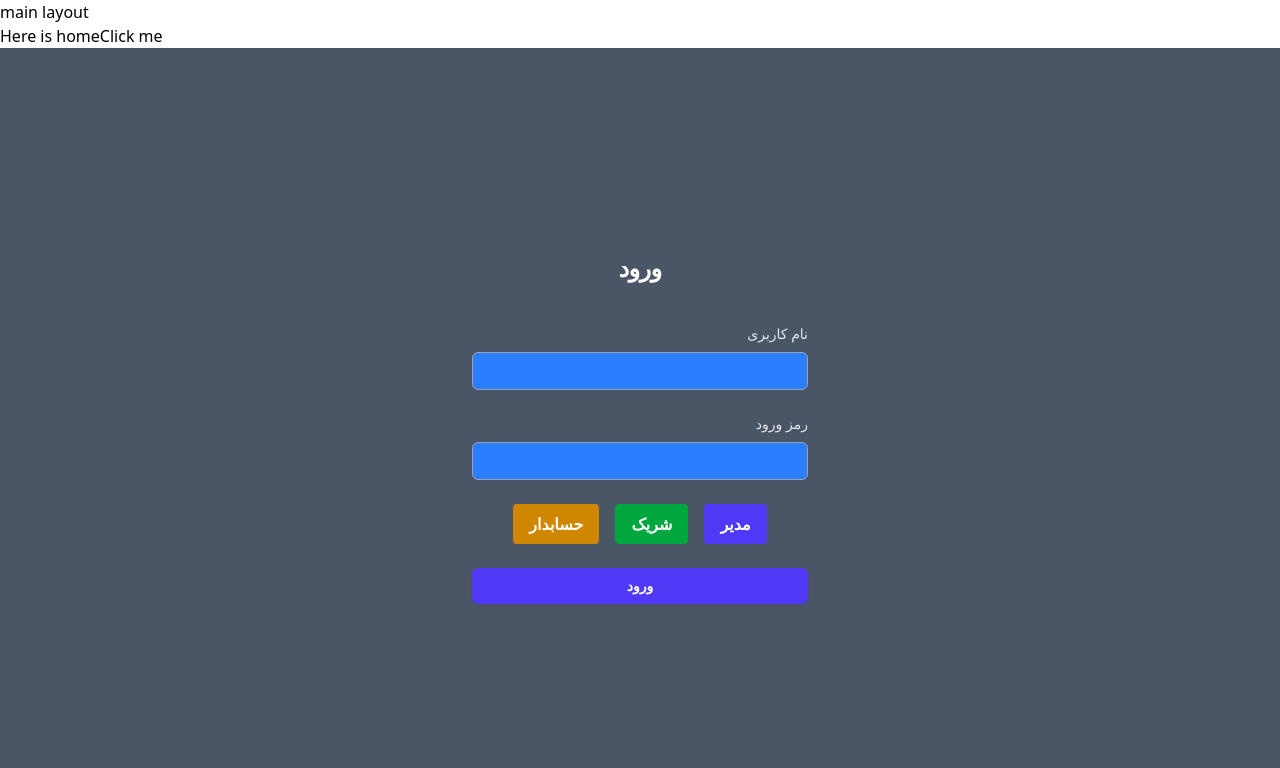
Repository: fuad303/karokhy-frontend
Page: /
The author's editor kept a copy of each file at every save. The page is drawn from the files as they stood at one save, then again after the next save.
The browser window is 1280 px wide. The pictures show the whole page.
The project was rebuilt for these pictures with package versions that can differ from the ones it lists, and the page was loaded fresh each time. Also part of the build but not shown: vite.config.ts, src/layouts/AuthLayout.tsx.

Above is the page before, as saved 2025-12-08 12:51:28.

### index.html
<!doctype html>
<html lang="en">
  <head>
    <meta charset="UTF-8" />
    <link rel="icon" type="image/svg+xml" href="/vite.svg" />
    <meta name="viewport" content="width=device-width, initial-scale=1.0" />
    <title>karokhyfront</title>
  </head>
  <body>
    <div id="root"></div>
    <script type="module" src="/src/main.tsx"></script>
  </body>
</html>

### src/main.tsx
import { StrictMode } from "react";
import { createRoot } from "react-dom/client";
import "./index.css";
import { RouterProvider } from "react-router-dom";
import { router } from "./router/router";
import { AppProvider } from "./context/Context";

createRoot(document.getElementById("root")!).render(
  <StrictMode>
    <AppProvider>
      <RouterProvider router={router} />
    </AppProvider>
  </StrictMode>
);

### src/router/router.tsx
import { createBrowserRouter } from "react-router-dom";
import MainLayout from "../layouts/MainLayout";
import Home from "../pages/Home";
import Login from "../pages/Login";
import AuthLayout from "../layouts/AuthLayout";
import { Loader } from "../loader/loader";

export const router = createBrowserRouter([
  {
    element: <MainLayout />,
    children: [
      { path: "/", element: <Home />, loader: Loader.dashboardLoader },
    ],
  },
  {
    element: <AuthLayout />,
    children: [{ path: "/login", element: <Login /> }],
  },
]);

### src/context/Context.tsx
/* eslint-disable react-refresh/only-export-components */

import { createContext, useContext, useState } from "react";

interface AppContextInterface {
  backendErrorPopup: boolean;
  setBackendErrorPopup: React.Dispatch<React.SetStateAction<boolean>>;
}

const AppContext = createContext<AppContextInterface | null>(null);

export const AppProvider = ({ children }: { children: React.ReactNode }) => {
  const [backendErrorPopup, setBackendErrorPopup] = useState(false);

  return (
    <AppContext.Provider value={{ backendErrorPopup, setBackendErrorPopup }}>
      {children}
    </AppContext.Provider>
  );
};

export const useApp = () => {
  const ctx = useContext(AppContext);
  if (!ctx) throw new Error("useApp must be used inside AppProvider");
  return ctx;
};

### src/layouts/MainLayout.tsx
import { Outlet } from "react-router-dom";

const MainLayout = () => {
  return (
    <div>
      main layout
      <main>
        <Outlet />
      </main>
    </div>
  );
};

export default MainLayout;

### src/pages/Home.tsx
import { useLoaderData } from "react-router-dom";
import { useApp } from "../context/Context";
import type { HomeInterface } from "../interfaces/home.interface";
import Login from "./Login";

const Home = () => {
  const { backendErrorPopup, setBackendErrorPopup } = useApp();
  const data = useLoaderData<HomeInterface>();

  return (
    <div>
      Here is home
      <button
        onClick={() => {
          setBackendErrorPopup((pre) => !pre);
        }}
      >
        Click me
      </button>
      {backendErrorPopup && <>{data.message}</>}
      <Login />
    </div>
  );
};

export default Home;

### src/pages/Login.tsx
import LoginPage from "../components/LoginPage";

const Login = () => {
  return (
    <>
      <LoginPage />
    </>
  );
};

export default Login;

### src/loader/loader.ts
export class Loader {
  static async dashboardLoader() {
    return {
      status: 200,
      message: "Hello from loader",
    };
  }
}

### src/components/LoginPage.tsx
import React from "react";

function LoginPage() {
  return (
    <div
      className="min-h-screen bg-gray-600 flex items-center justify-center"
      dir="rtl"
    >
      <div className="flex flex-col justify-center px-6 py-12 sm:w-full sm:max-w-sm">
        <h2 className="mt-10 text-center text-2xl font-bold tracking-tight text-white">
          ورود
        </h2>

        <form action="#" method="POST" className="mt-10 space-y-6">
          <div>
            <label
              htmlFor="username"
              className="block text-sm font-medium text-gray-200 text-right"
            >
              نام کاربری
            </label>
            <div className="mt-2">
              <input
                id="username"
                type="text"
                name="username"
                required
                autoComplete="username"
                className="block w-full rounded-md bg-blue-500 px-3 py-2 text-base text-white border border-gray-400 placeholder:text-gray-200 focus:border-indigo-500 focus:outline-none sm:text-sm"
              />
            </div>
          </div>

          <div>
            <label
              htmlFor="password"
              className="block text-sm font-medium text-gray-200 text-right"
            >
              رمز ورود
            </label>
            <div className="mt-2">
              <input
                id="password"
                type="password"
                name="password"
                required
                autoComplete="current-password"
                className="block w-full rounded-md bg-blue-500 px-3 py-2 text-base text-white border border-gray-400 placeholder:text-gray-200 focus:border-indigo-500 focus:outline-none sm:text-sm"
              />
            </div>
          </div>

          <div className="flex gap-4 mt-4 justify-center">
            <button
              type="button"
              className="px-4 py-2 bg-indigo-600 text-white font-semibold rounded hover:bg-indigo-500 focus:outline-none focus:ring-2 focus:ring-indigo-400"
            >
              مدیر
            </button>

            <button
              type="button"
              className="px-4 py-2 bg-green-600 text-white font-semibold rounded hover:bg-green-500 focus:outline-none focus:ring-2 focus:ring-green-400"
            >
              شریک
            </button>

            <button
              type="button"
              className="px-4 py-2 bg-yellow-600 text-white font-semibold rounded hover:bg-yellow-500 focus:outline-none focus:ring-2 focus:ring-yellow-400"
            >
              حسابدار
            </button>
          </div>

          <div>
            <button
              type="submit"
              className="flex w-full justify-center rounded-md bg-indigo-600 px-3 py-2 text-sm font-semibold text-white shadow-xs hover:bg-indigo-500 focus-visible:outline-2 focus-visible:outline-offset-2 focus-visible:outline-indigo-600"
            >
              ورود
            </button>
          </div>
        </form>
      </div>
    </div>
  );
}

export default LoginPage;

Loaded but not shown: src/index.css (common file)

After the next save:
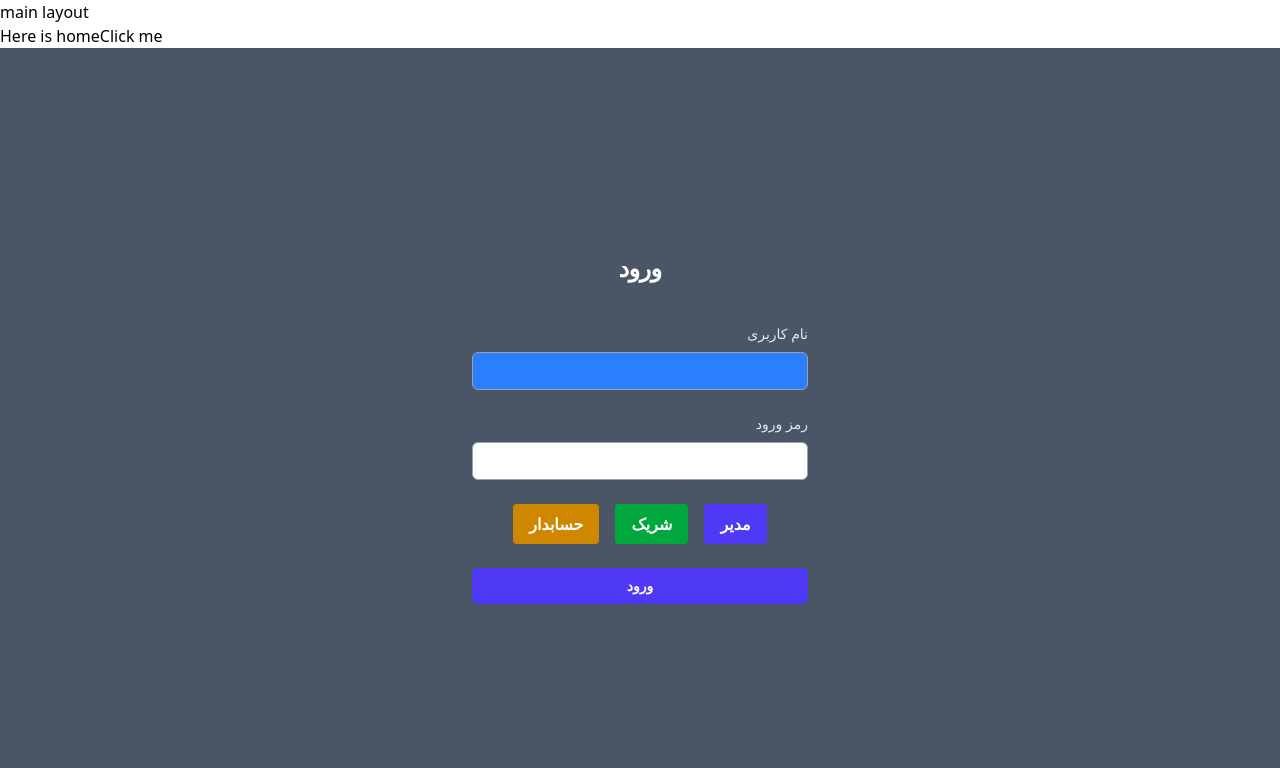
Saved 26 s later.
--- a/src/components/LoginPage.tsx
+++ b/src/components/LoginPage.tsx
@@ -45,7 +45,7 @@ function LoginPage() {
                 name="password"
                 required
                 autoComplete="current-password"
-                className="block w-full rounded-md bg-blue-500 px-3 py-2 text-base text-white border border-gray-400 placeholder:text-gray-200 focus:border-indigo-500 focus:outline-none sm:text-sm"
+                className="block w-full rounded-md bg-white px-3 py-2 text-base text-white border border-gray-400 placeholder:text-gray-200 focus:border-indigo-500 focus:outline-none sm:text-sm"
               />
             </div>
           </div>
